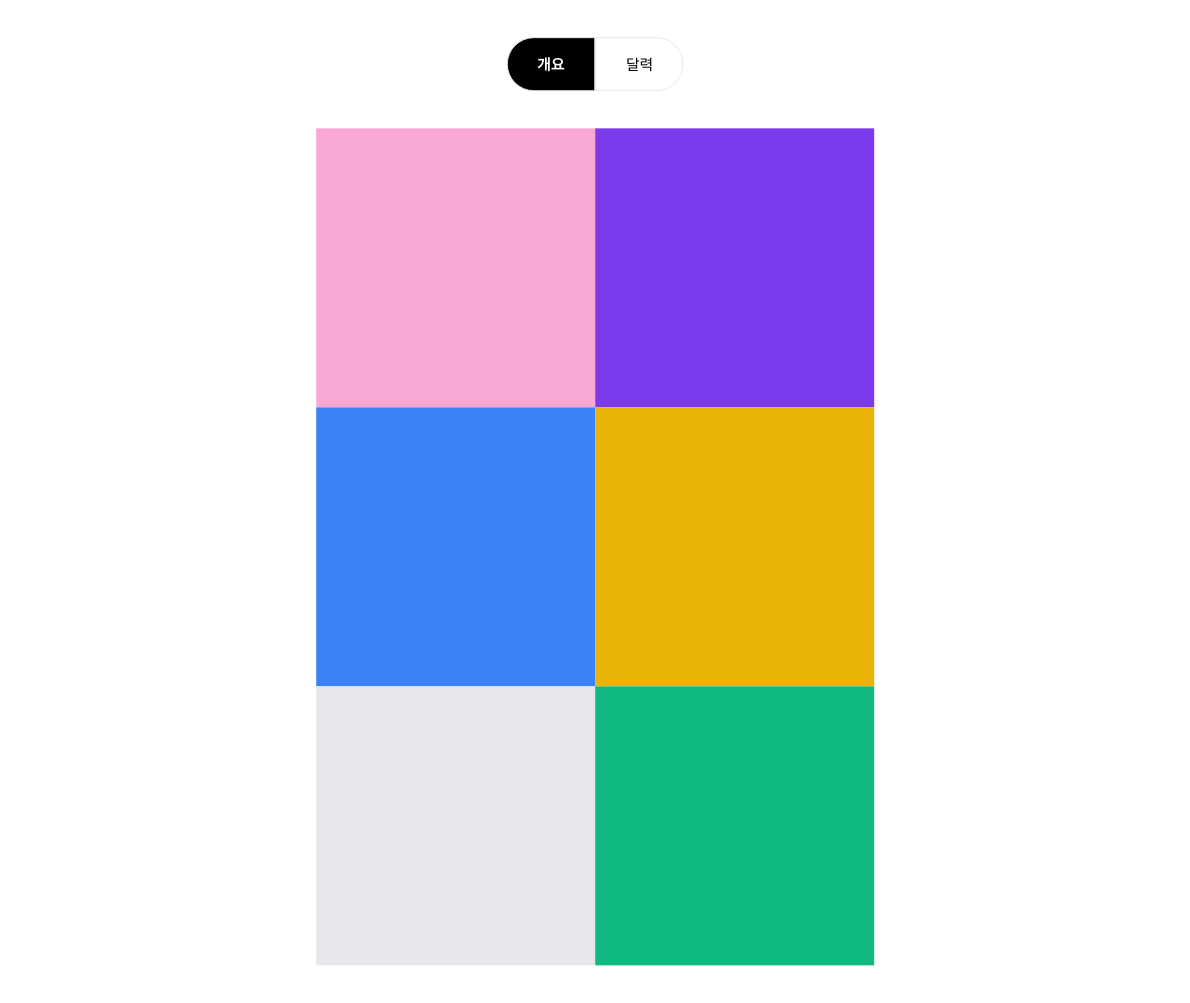
Repository: honey-punch/my-alcohol
Page: /
These files come from the project's save history. The page is drawn as it stood at one moment and after the next save; the edit follows.
The browser window is 1280 px wide. The pictures show the whole page, at 93% of full size.
The project was rebuilt for these pictures with package versions that can differ from the ones it lists, and the page was loaded fresh each time. The framework's server and built-in components were replaced by stand-ins that run in the browser. Also part of the build but not shown: next.config.ts, src/app/_component/Calendar.tsx.

Above is the page before, as saved 2025-02-10 15:45:36.

After the next save:
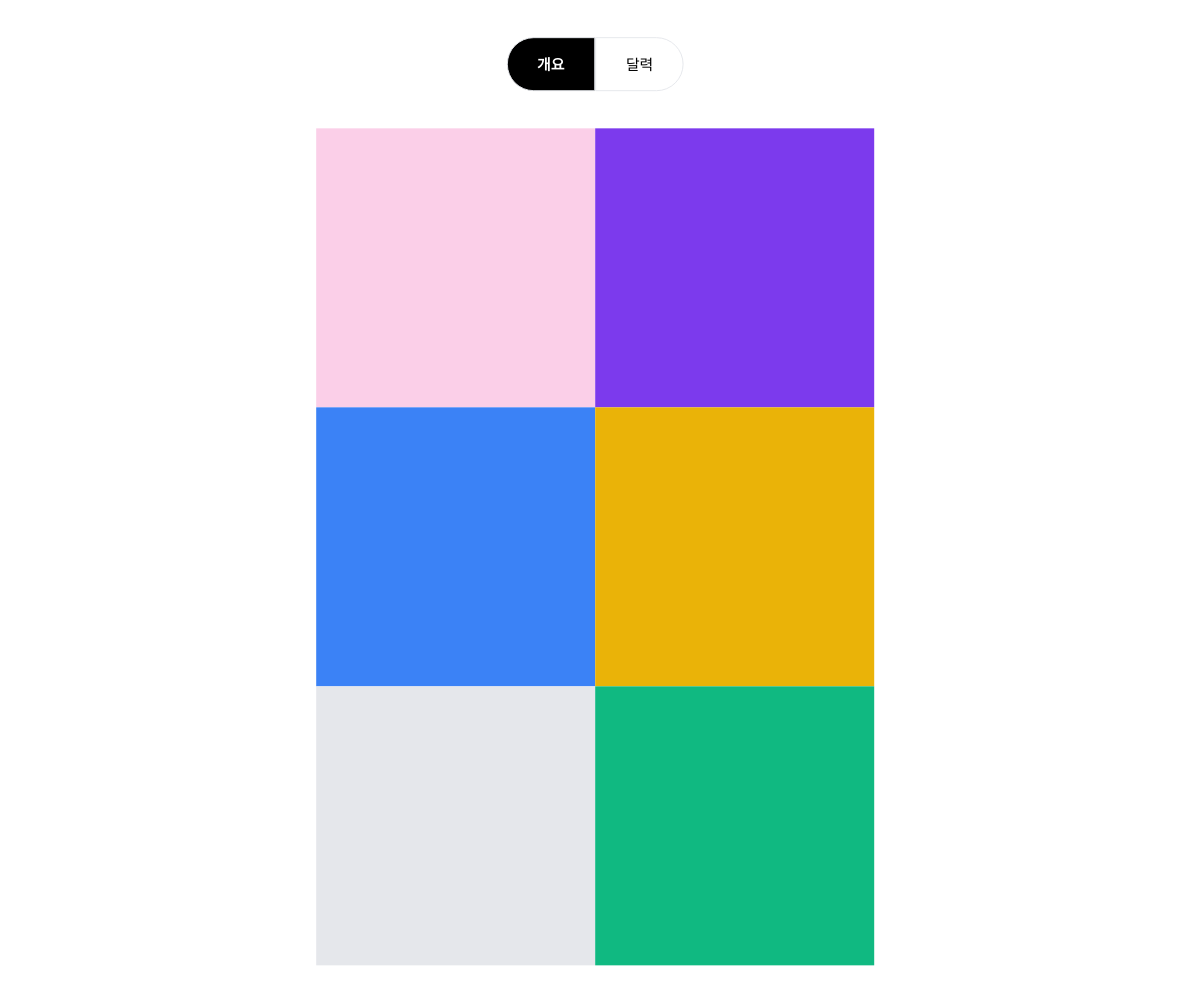
Saved 68 s later.
--- a/src/app/_component/Summary.tsx
+++ b/src/app/_component/Summary.tsx
@@ -28,7 +28,7 @@ export default function Summary() {
     <div className="grid grid-cols-2">
       <div
         style={{ width: `${BOX_SIZE}px`, height: BOX_SIZE }}
-        className="bg-pink-300 text-white"
+        className="bg-pink-200 text-white"
       ></div>
       <div
         style={{ width: `${BOX_SIZE}px`, height: BOX_SIZE }}
